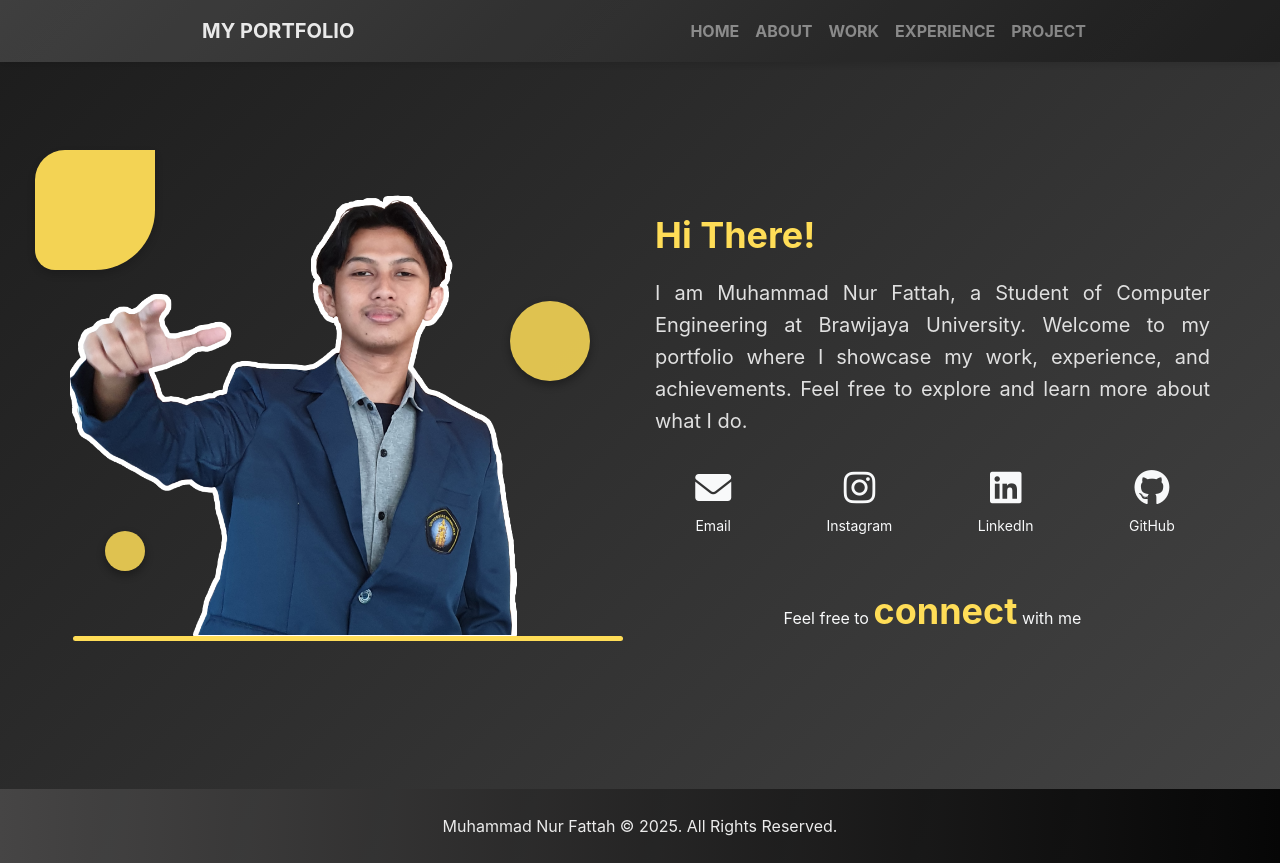
Repository: nurFattahh/Web-Portofolio
Page: /
The author's editor kept a copy of each file at every save. The page is drawn from the files as they stood at one save, then again after the next save.
The browser window is 1280 px wide. The pictures show the whole page.
The project was rebuilt for these pictures with package versions that can differ from the ones it lists, and the page was loaded fresh each time. Also part of the build but not shown: vite.config.js, src/components/About/About.css, src/components/About/Skillset.css, src/components/About/About.jsx, src/components/Work/Work.css, src/data/ImageImport.js, src/data/Work.js, src/components/Work/Work.jsx and 8 more.

Above is the page before, as saved 2026-02-12 04:28:25.

After the next save:
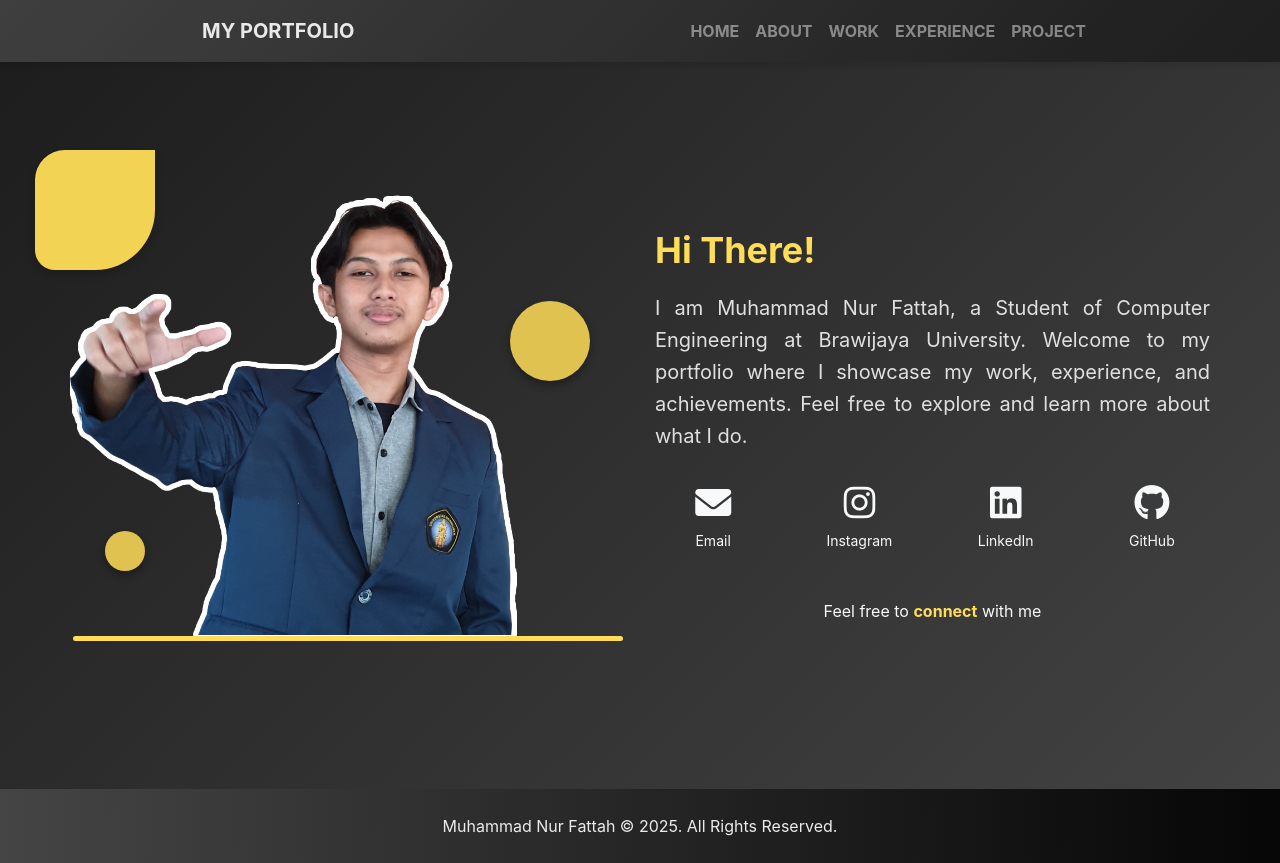
Saved 11 s later.
--- a/src/components/Home/Home.jsx
+++ b/src/components/Home/Home.jsx
@@ -53,7 +53,7 @@
 
           </div>
           <div className="mt-5 text-center">
-              Feel free to  <a href="https://www.linkedin.com/in/muhammad-nur-fattah/"><span className="connect-text">connect</span></a> with me
+              Feel free to  <span className="connect-text">connect</span> with me
             </div>
         </div>
       </div>
